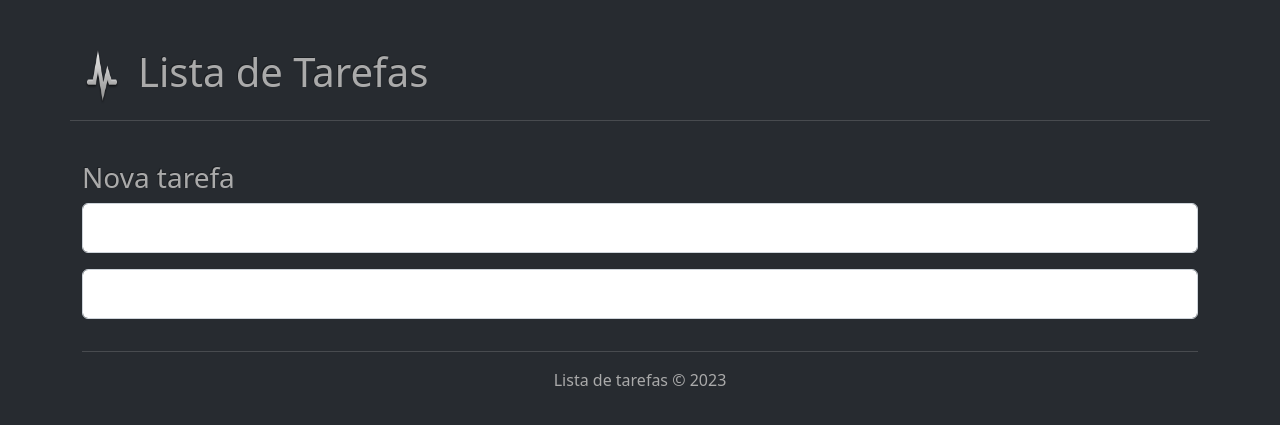
Repository: cargugati/lista_tarefas
Page: frontEnd/new_task.html
An editor plug-in stored every save of this project. The page is shown before and after the next save, followed by the edit.
The browser window is 1280 px wide. The pictures show the whole page.

Above is the page before, as saved 2023-03-30 10:36:25.

### frontEnd/new_task.html
<!DOCTYPE html>
<html lang="pt-br">

<head>
  <meta charset="UTF-8">
  <meta http-equiv="X-UA-Compatible" content="IE=edge">
  <meta name="viewport" content="width=device-width, initial-scale=1.0">
  <title>Lista de Tarefas</title>
  <link rel="stylesheet" href="./assets/css/bootstrap.min.css">
  <link rel="stylesheet" href="./assets/fontawesome/css/all.min.css">
  <link rel="shortcut icon" href="./assets/images/favicon.png" type="image/png">
</head>

<body>
  <div class="container my-5">

    <!-- cabeçalho -->
    <div class="row mb-4">
      <div class="col">
        <div class="d-flex justify-content-start">
          <img src="./assets/images/favicon.png" alt="Logo" class="img-fluid me-3" width="40px">
          <h1>Lista de Tarefas</h1>
        </div>

      </div>

      <hr class="my-3">
    </div>

    <!-- espaço para criar nova tarefa -->
    <div class="row">
      <div class="col">
        <h3>Nova tarefa</h3>
        <div class="mb-3">
          <input type="text" name="" id="text_task_text" class="form-control">
        </div>
        <div class="text-center">
          <input type="text" name="" id="text_task_text" class="form-control">
        </div>
      </div>
    </div>

    <!-- dados para o banco de dados
    bd_tasks

    users
    - id -> uint auto PK
    - username -> varchar(50) NULL
    - passwrd -> varchar(100) NULL
    - created_at -> datetime NULL
    - updated_at -> datetime NULL

    tasks
    - id -> uint auto PK
    - id_user -> uint FK
    - task_text -> varchar(100) NULL
    - task_status -> varchar(30) NULL -> (new | in progress | canceled | done)
    - created_at
    - updated_at

-->






    <!-- footer -->
    <div class="row mt-3">
      <div class="col text-center">
        <hr>
        <p>Lista de tarefas &copy; 2023</p>
      </div>
    </div>


  </div>

  <script src="./assets/js/bootstrap.bundle.min.js"></script>
</body>

</html>

Loaded but not shown: frontEnd/assets/css/bootstrap.min.css (library); frontEnd/assets/fontawesome/css/all.min.css (library); frontEnd/assets/js/bootstrap.bundle.min.js (library)

After the next save:
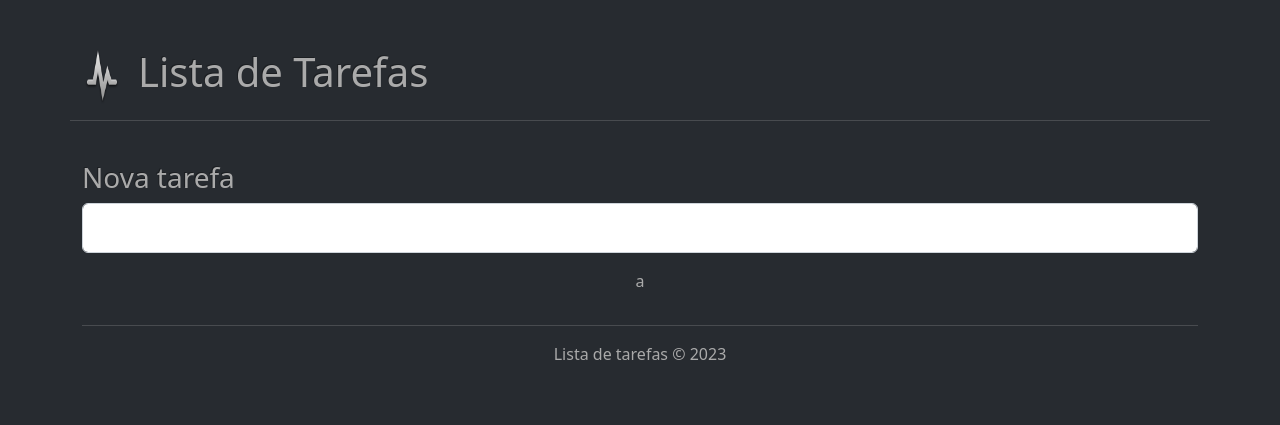
Saved 19 s later.
--- a/frontEnd/new_task.html
+++ b/frontEnd/new_task.html
@@ -35,7 +35,7 @@
           <input type="text" name="" id="text_task_text" class="form-control">
         </div>
         <div class="text-center">
-          <input type="text" name="" id="text_task_text" class="form-control">
+          a
         </div>
       </div>
     </div>
